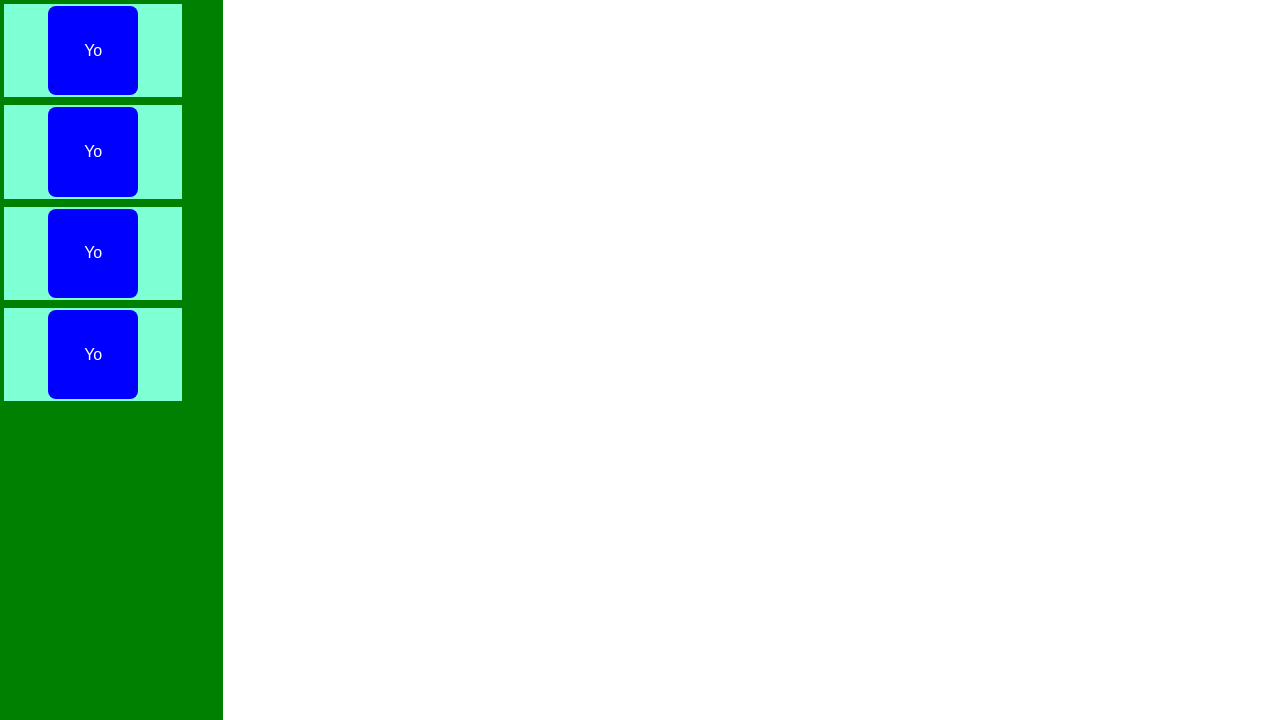
Repository: Tahaa2t/Researchers
Page: /
These files come from the project's save history. The page is drawn as it stood at one moment and after the next save; the edit follows.
The browser window is 1280 px wide. The pictures show the whole page.
The project was rebuilt for these pictures with package versions that can differ from the ones it lists, and the page was loaded fresh each time. Also part of the build but not shown: src/Components/loginform.js, src/Components/HomePage.js.

Above is the page before, as saved 2023-07-05 00:13:47.

### src/App.js
import { BrowserRouter, Routes, Route } from "react-router-dom";
import "./App.css"
import LoginForm from "./Components/loginform"
import HomePage from "./Components/HomePage";
import Navbar from "./Components/Navbar";

// color pallet
// #3aa6b9
// #D0E8E1
// #348472


function App() {



  return (
    <div className="App">

      {/* <LoginForm /> */}
      <Navbar />
      {/* <BrowserRouter>
        <Routes>
          <Route path="/" Component={<LoginForm />} />
          <Route path="/home" Component={<HomePage />} />
        </Routes>
      </BrowserRouter> */}
    </div>
  );
}

export default App;

### src/Components/Navbar.js
import React, { useState } from "react";
import { useNavigate } from 'react-router-dom';
import axios from 'axios';
import "./css/navbarstyle.css";

const Navbar = () => {
  return (
    <div className="navbar-boundry">
      <div className="btn home-btn">
        <button>
          Yo
        </button>
      </div>
      <div className="btn home-btn">
        <button>
          Yo
        </button>
      </div>
      <div className="btn home-btn">
        <button>
          Yo
        </button>
      </div>
      <div className="btn home-btn">
        <button>
          Yo
        </button>
      </div>

    </div>
  )
}

export default Navbar

### src/Components/css/loginstyle.css
@import url('https://fonts.googleapis.com/css?family=Josefin+Sans');


/* notes

---centering something---
display: flex;
  justify-content: center;
  align-items: center;



--- neechay ya uper se qareeb krna ho tou---
.check-btn {
  position: relative;
  bottom: 3em;
}
*/


* {
  margin: 0;
  box-sizing: border-box;
}

.page {
  background-color: #3aa6b9;
  height: 100vh;
  width: 100%;
  display: flex;
  justify-content: space-around;
  align-items: center;
  font-family: 'Josefin Sans', cursive;
}

.cover {
  background-image: linear-gradient(#D0E8E1, rgba(178, 209, 233, 0));
  width: 50%;
  min-width: 240px;
  max-width: 800px;
  height: 620px;
  position: fixed;
  border-radius: 0.5em;
  display: flex;
  flex: 1 1 200;
  flex-direction: column;
  align-items: center;
  justify-content: space-evenly;
  flex-wrap: wrap;
}

h1 {
  color: rgb(3, 45, 77);
  display: flex;
  flex-wrap: wrap;
}

.user-input {

  display: flex;
  /* flex-direction: column; */
  justify-content: space-evenly;
  width: 80%;
  height: 10%;
  flex-wrap: wrap;
  /* background-color: green; */
}
input[type=text]{
  background-color: rgba(0,0,0,0);
  border-color: #348472;
  border-radius: 8px 8px 8px 8px;
  border-width: 10%;
  border-style: solid;
  display: flex;
  justify-content: space-evenly;
  margin: 8px;
  /* outline-color: rgb(6, 106, 183); */
  height: 44px;
  width: 240px;
  /* bottom: -1.5em; */
}


input[type=password]{
  background-color: rgba(0,0,0,0);
  border-color: #348472;
  border-radius: 8px 8px 8px 8px;
  border-width: 10%;
  border-style: solid;
  display: flex;
  justify-content: space-evenly;
  margin: 8px;
  /* outline-color: rgb(6, 106, 183); */
  height: 44px;
  width: 240px;
  /* position: relative;
  top: -1.5em; */
}

input:focus {
  background-color: #348472;
  opacity: 50%;
}

.line{
  text-decoration: underline;
  color: black;
}

.login-btn {
  appearance: none;
  background-color: rgba(0,0,0,0);
  border-width: 0;
  box-sizing: border-box;
  color: black;
  cursor: pointer;
  display: inline-block;
  font-family: Clarkson,Helvetica,sans-serif;
  font-size: 14px;
  font-weight: 500;
  letter-spacing: 0;
  line-height: 1em;
  margin: 0;
  opacity: 1;
  outline: 0;
  padding: 1.5em 2.2em;
  position: relative;
  text-align: center;
  text-decoration: none;
  text-rendering: geometricprecision;
  text-transform: uppercase;
  transition: opacity 300ms cubic-bezier(.694, 0, 0.335, 1),background-color 100ms cubic-bezier(.694, 0, 0.335, 1),color 100ms cubic-bezier(.694, 0, 0.335, 1);
  user-select: none;
  -webkit-user-select: none;
  touch-action: manipulation;
  vertical-align: baseline;
  white-space: nowrap;
  display: flex;
  justify-content: center;
  align-items: center;
}

.login-btn:before {
  animation: opacityFallbackOut .5s step-end forwards;
  backface-visibility: hidden;
  background-color: #348472;
  opacity: 50%;
  clip-path: polygon(-1% 0, 0 0, -25% 100%, -1% 100%);
  content: "";
  height: 100%;
  left: 0;
  position: absolute;
  top: 0;
  transform: translateZ(0);
  transition: clip-path .5s cubic-bezier(.165, 0.84, 0.44, 1), -webkit-clip-path .5s cubic-bezier(.165, 0.84, 0.44, 1);
  width: 100%;
}

.login-btn:hover:before {
  animation: opacityFallbackIn 0s step-start forwards;
  clip-path: polygon(0 0, 101% 0, 101% 101%, 0 101%);
}

.login-btn:after {
  background-color: #FFFFFF;
}

.login-btn span {
  z-index: 1;
  position: relative;
}


.check-btn input {
  display:inline-block;
  margin-right:10px;
}
.check-btn p {
  display:inline-block;
}



/* use state */
.hide {
  display: none;
}

.login-popup {
  position: absolute;
  width: 40em;
  height: 35em;
  display: flex;
  flex-direction: column;
  align-items: center;
  justify-content: center;
  border-radius: 0.25em;
  outline-color: rgb(3, 58, 101);
  background-color: rgba(0,0,0,0);
  backdrop-filter: blur(5px);
  /* color: rgb(3, 58, 101); */
  bottom: 0;
  transform: scale(1);
  transform: 1.5s;
}

### src/Components/css/navbarstyle.css
* {
  margin: 0;
  box-sizing: border-box;
}

.navbar-boundry {
  width: 223px;
  height: 836px;
  background-color: green;
  display: flex;
  flex-direction: column;
  position: fixed;
}

.btn {
  background-color: aquamarine;
  width: 80%;
  margin: 4px;

}

.btn button {
  background-color: blue;
  border: none;
  border-radius: 8px;
  color: white;
  padding: 20% 20%;
  text-align: center;
  text-decoration: none;
  font-weight: 500;
  display: inline-block;
  font-size: 16px;
  justify-content: space-evenly;
  margin: 2px;

}

Loaded but not shown: public/index.html (common file); src/index.js (common file); src/reportWebVitals.js (common file); src/App.css (common file)

After the next save:
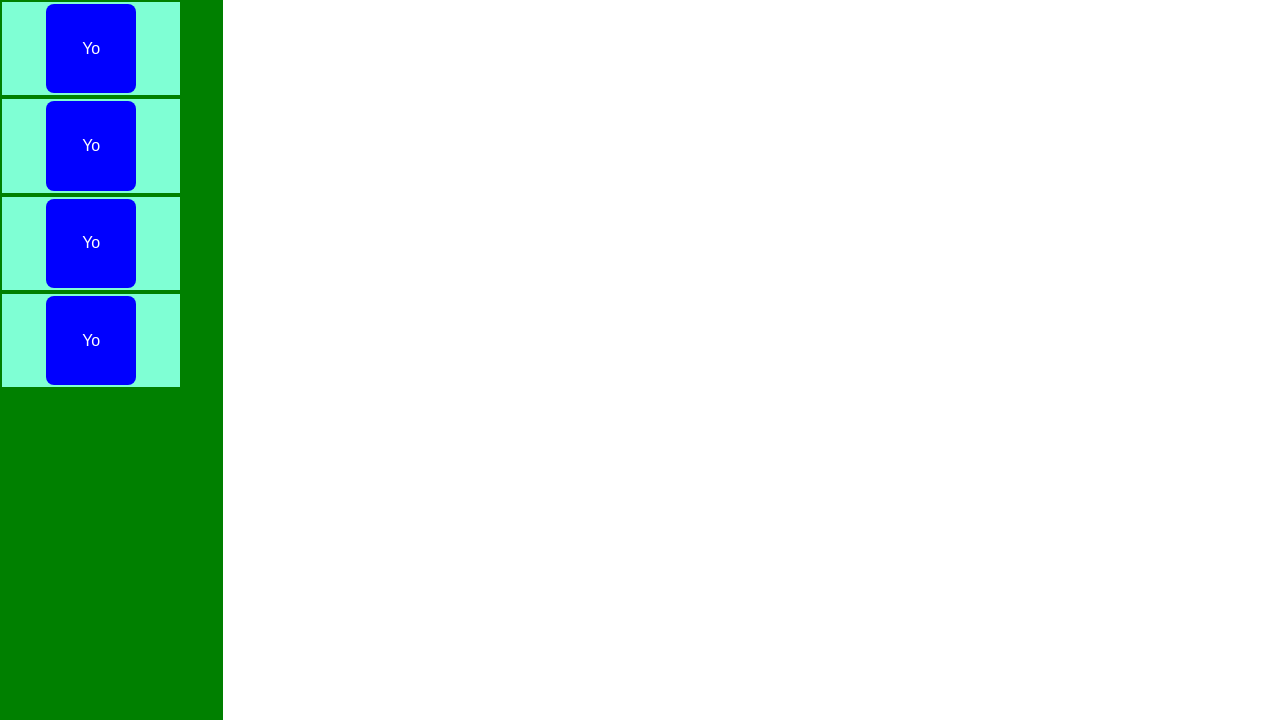
Saved 20 s later.
--- a/src/Components/css/navbarstyle.css
+++ b/src/Components/css/navbarstyle.css
@@ -15,7 +15,7 @@
 .btn {
   background-color: aquamarine;
   width: 80%;
-  margin: 4px;
+  margin: 2px;
 
 }
 

After the save that followed:
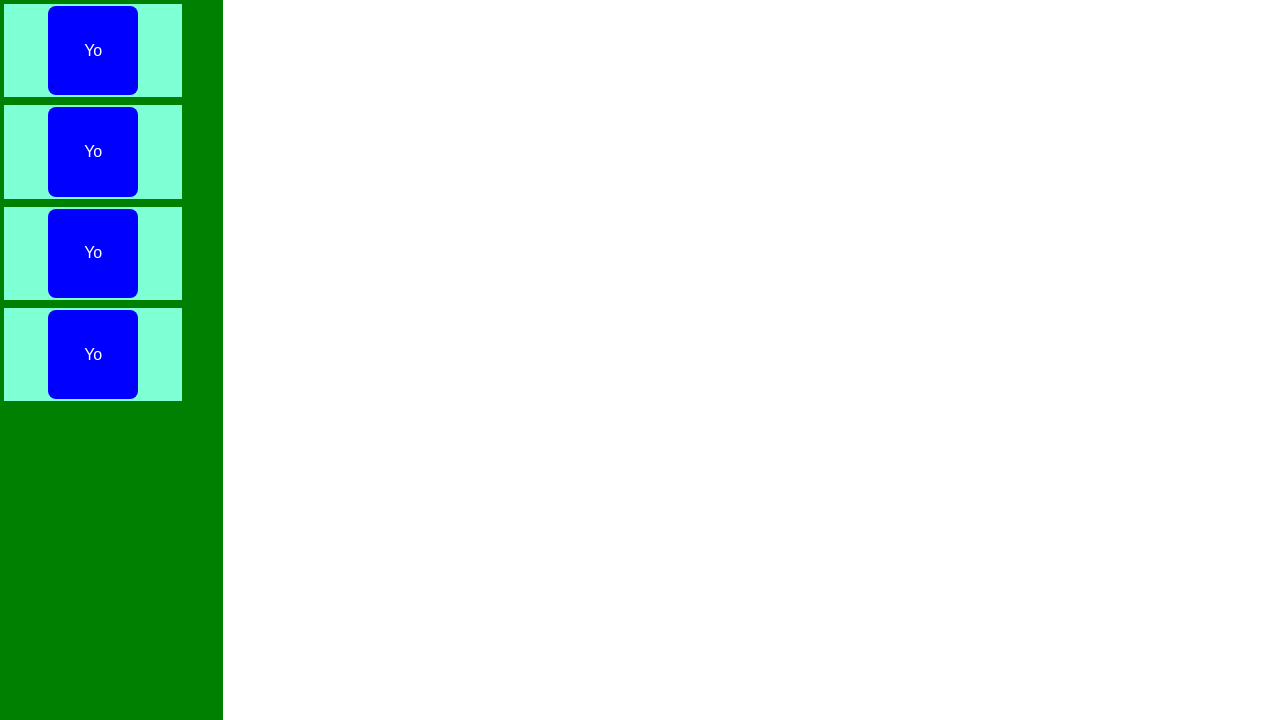
Saved 7 s later.
--- a/src/Components/css/navbarstyle.css
+++ b/src/Components/css/navbarstyle.css
@@ -15,7 +15,7 @@
 .btn {
   background-color: aquamarine;
   width: 80%;
-  margin: 2px;
+  margin: 4px;
 
 }
 
